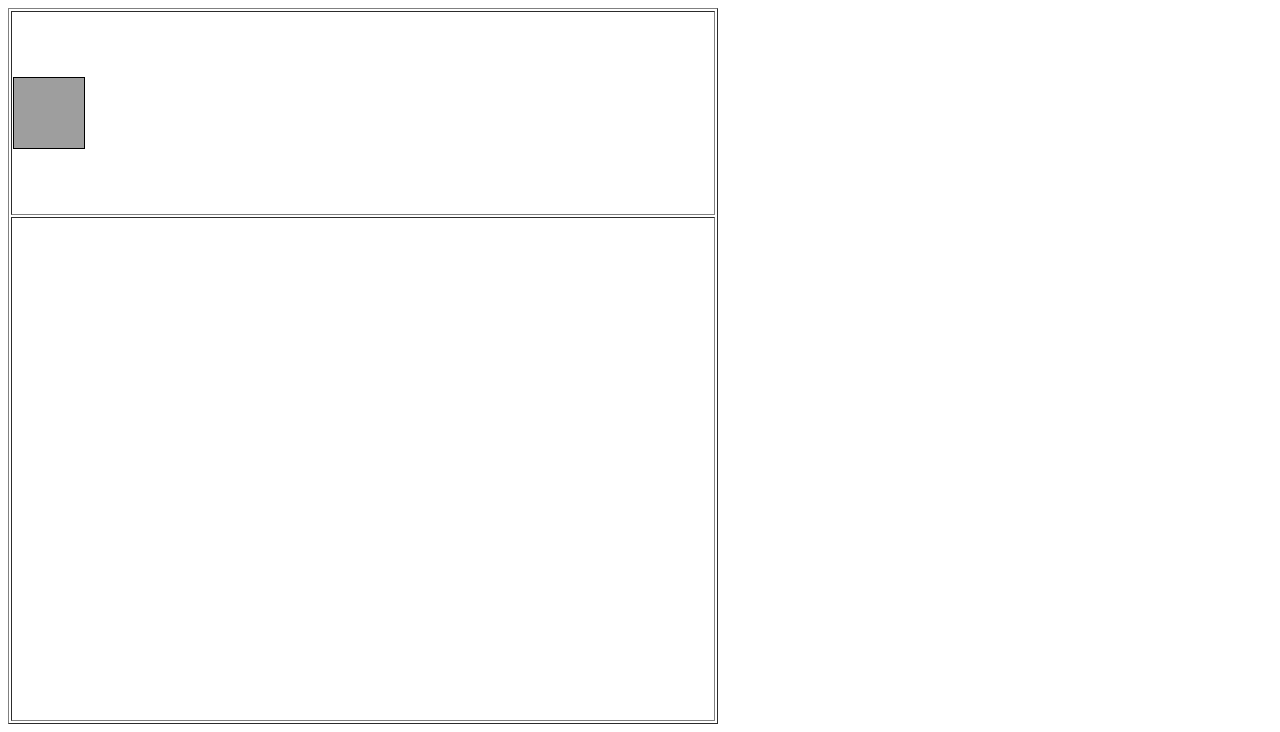
Repository: HmDol/Spring_study
Page: http://localhost/project1/Exweb.jsp
These files come from the project's save history. The page is drawn as it stood at one moment and after the next save; the edit follows.
The browser window is 1280 px wide. The pictures show the whole page.
Pictures or frames that could not be fetched are drawn as grey boxes. The page is served by Tomcat 10.

Above is the page before, as saved 2023-09-06 06:48:24.

After the next save:
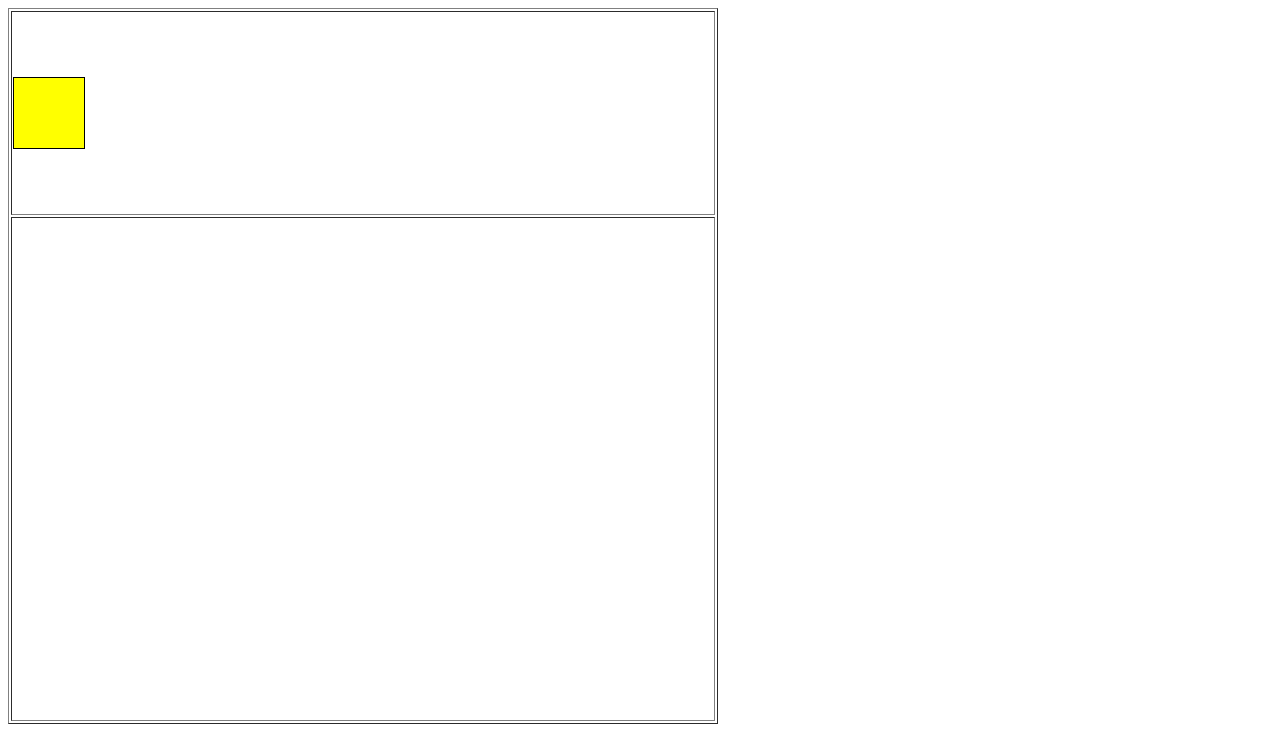
Saved 15 s later.
--- a/project1/src/main/webapp/Exweb.jsp
+++ b/project1/src/main/webapp/Exweb.jsp
@@ -41,7 +41,7 @@
 		<tr>
 			<td style="width: 700px; height: 200px">
 				<div id="cate" style="width:70px;height:70px; background-color:yellow; border: 1px solid black" onmouseover="a()" onmouseout="b()">
-					<img style="width:100%; height:100%"src="https://cataas.com/cat/gif">
+
 				</div>
 			</td>
 		</tr>

After the save that followed:
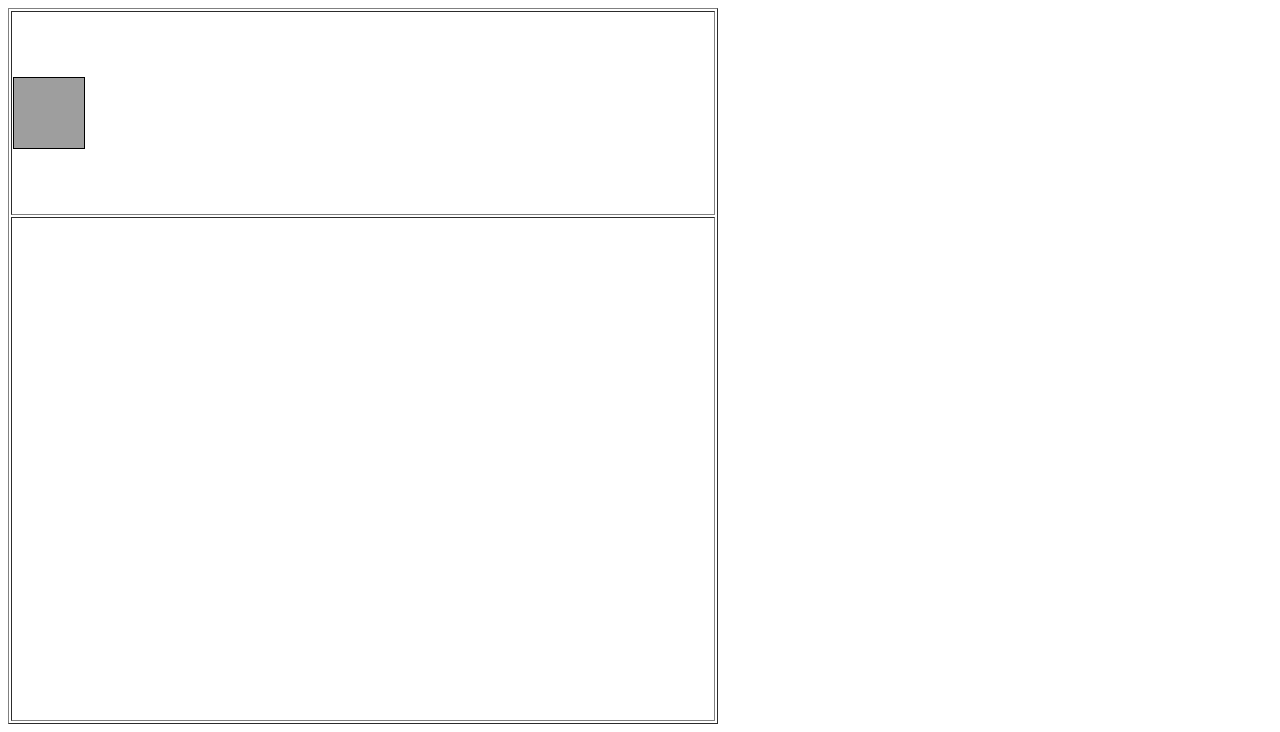
Saved 8 s later.
--- a/project1/src/main/webapp/Exweb.jsp
+++ b/project1/src/main/webapp/Exweb.jsp
@@ -41,7 +41,7 @@
 		<tr>
 			<td style="width: 700px; height: 200px">
 				<div id="cate" style="width:70px;height:70px; background-color:yellow; border: 1px solid black" onmouseover="a()" onmouseout="b()">
-
+					<img style="width:100%; height:100%"src="https://cataas.com/cat/gif">
 				</div>
 			</td>
 		</tr>
